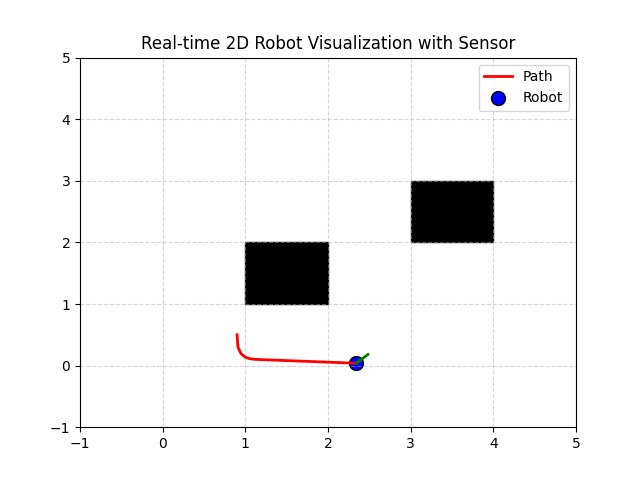
Repository: JLCucumber/comp0244-go2
Script's output: python src/cw1_team_2/2D_environment/main.py
An editor plug-in stored every save of this project. The script's output is shown before and after the next save, followed by the edit.
Animations are shown at an early frame. Random numbers start from a fixed seed.

Above is the script's output before, as saved 2025-02-16 03:05:28.

After the next save:
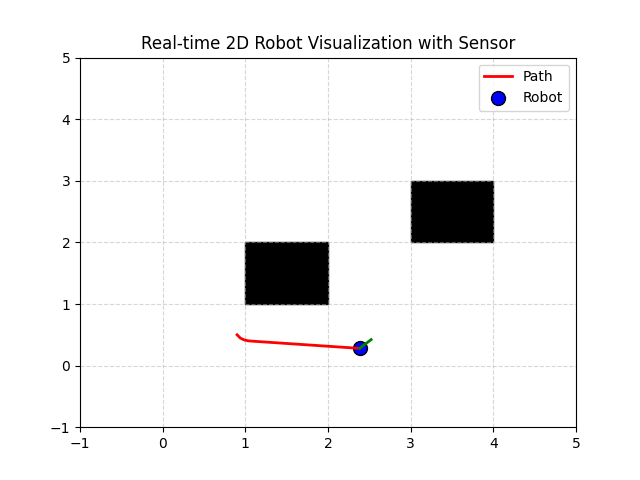
Saved 21 s later.
--- a/src/cw1_team_2/2D_environment/main.py
+++ b/src/cw1_team_2/2D_environment/main.py
@@ -7,7 +7,7 @@ from visualization import plot_environment
 
 if __name__ == "__main__":
     env = Environment()  # 生成 2D 地图
-    robot = Robot(env, start_pos=(0.9, 0.5), start_angle=0.79, sensor_range=0.9)  # 创建机器人
+    robot = Robot(env, start_pos=(0.9, 0.5), start_angle=0.79, sensor_range=0.6)  # 创建机器人
 
     plt.ion()  # 开启 Matplotlib 交互模式
 
